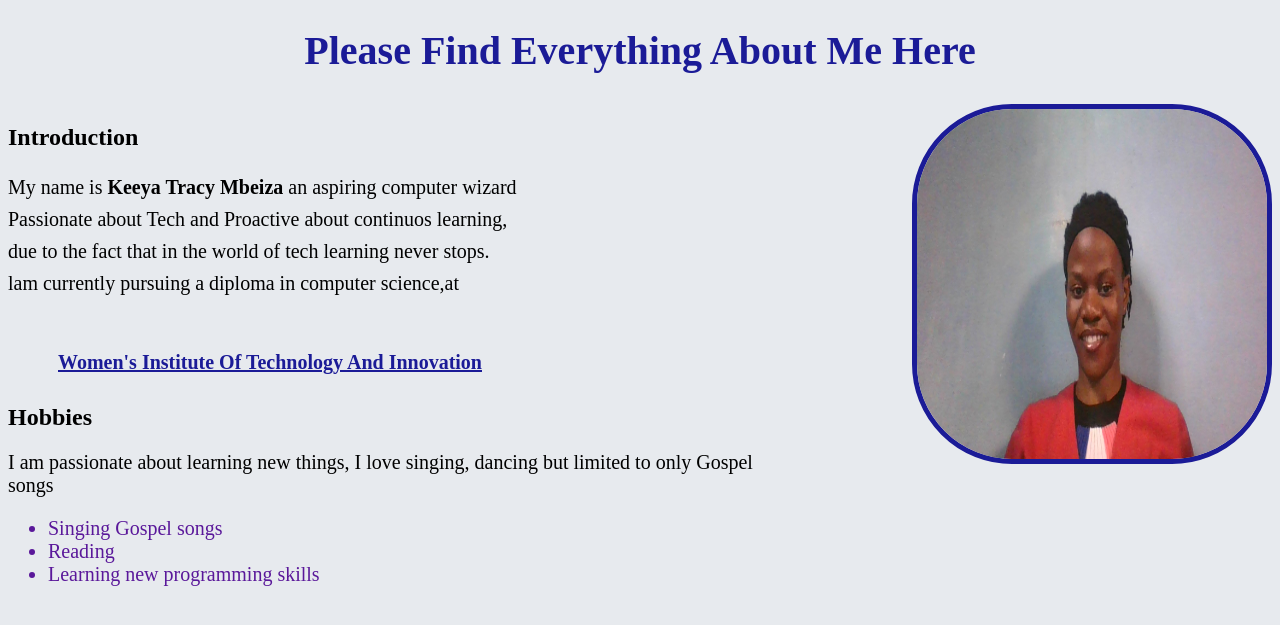
Repository: tracykeeya/my_first_web
Page: index.html
The author's editor kept a copy of each file at every save. The page is drawn from the files as they stood at one save, then again after a run of saves.
The browser window is 1280 px wide. The pictures show the whole page.

Above is the page before, as saved 2025-11-03 12:30:21.

### index.html
<!DOCTYPE html>
<html lang="en">
<head>
    <meta charset="UTF-8">
    <meta name="viewport" content="width=device-width, initial-scale=1.0">
    <title>My First Web Page</title>
</head>
<body style="background-color: rgb(231, 234, 238)" font-family="Arial, Helvetica, sans-serif" margin: 40px; color: #333;>

    <!-- my first heading -->
    <h1 style="text-align: center; color: rgb(27, 27, 151); font-size: 40px; margin-bottom: 30px;">Please Find Everything About Me Here</h1>

    <!-- putting the text and the image in one section -->
    <div style="display: flex; align-items: flex-start; justify-content: space-between;">
        <!-- aligning the text to the left -->
        <div style="width: 60%;">
    <h2 style="color: black;">Introduction</h2>

    <p style="font-size: 20px; line-height: 1.6;">My name is<strong> Keeya Tracy Mbeiza</strong> an aspiring computer wizard<br>Passionate about Tech and Proactive about continuos learning,<br> due to the fact that in the world of tech learning never stops.<br> lam currently pursuing a diploma in computer science,at<br>
        </br></p>
    <a href="https://www.witi.ac.ug/" target="_blank" style="position: relative; left: 50px; color: rgb(27, 27, 151); font-size: 20px; font-weight: bold;"><b> Women's Institute Of Technology And Innovation</b></a>

    <h2 style="color: black; margin-top: 30px;">Hobbies</h2>
    <p style="font-size: 20px;">I am passionate about learning new things,
    I love singing, dancing but limited to only Gospel songs</p>
    <ul style="font-size: 20px; color: rgb(90, 24, 154);">
        <li>Singing Gospel songs</li>
        <li>Reading </li>
        <li>Learning new programming skills</li>
    </ul>
        </div>

<!-- aligning image to the right -->
    <div style="width: 40%; text-align: right;">
    <img src="/Tracy.jpg " alt="" width="350px" height="350px" style="border: 5px solid rgb(27, 27, 151); border-radius: 100px;">
    </div>
   </div>
</body>
</html>

After the next 2 saves:
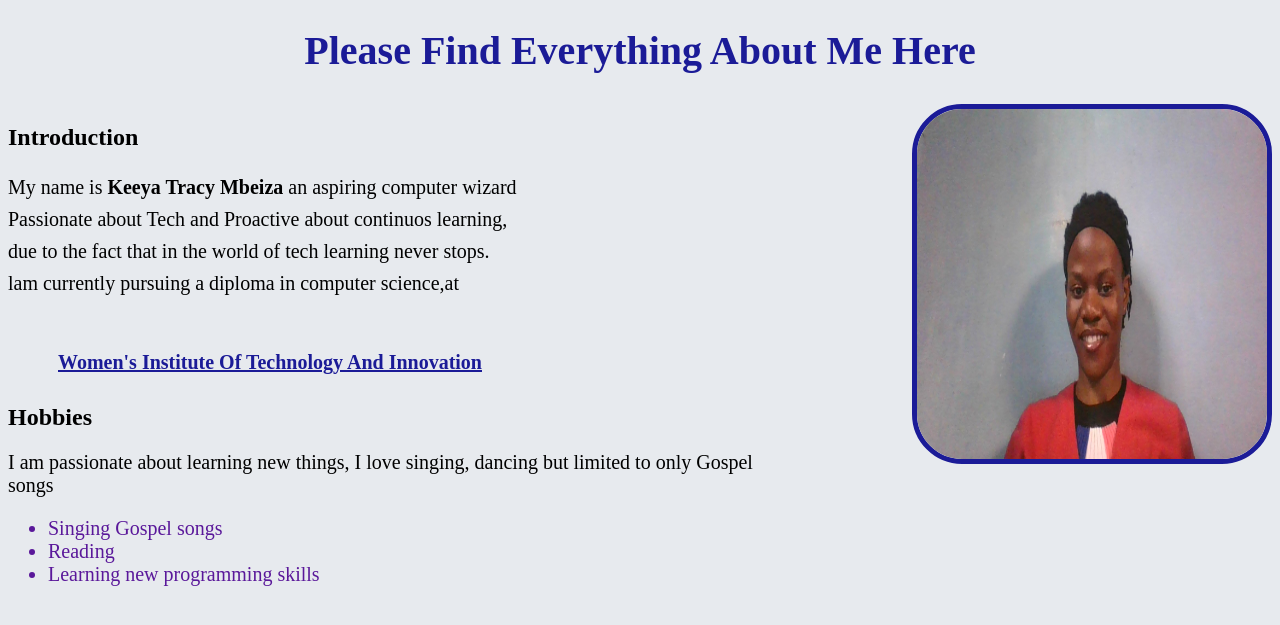
The 2 saves are shown as one change because they came seconds apart.
The last was saved 16 s later.
--- a/index.html
+++ b/index.html
@@ -32,7 +32,7 @@
 
 <!-- aligning image to the right -->
     <div style="width: 40%; text-align: right;">
-    <img src="/Tracy.jpg " alt="" width="350px" height="350px" style="border: 5px solid rgb(27, 27, 151); border-radius: 100px;">
+    <img src="/Tracy.jpg " alt="" width="350px" height="350px" style="border: 5px solid rgb(27, 27, 151); border-radius: 50px;">
     </div>
    </div>
 </body>
